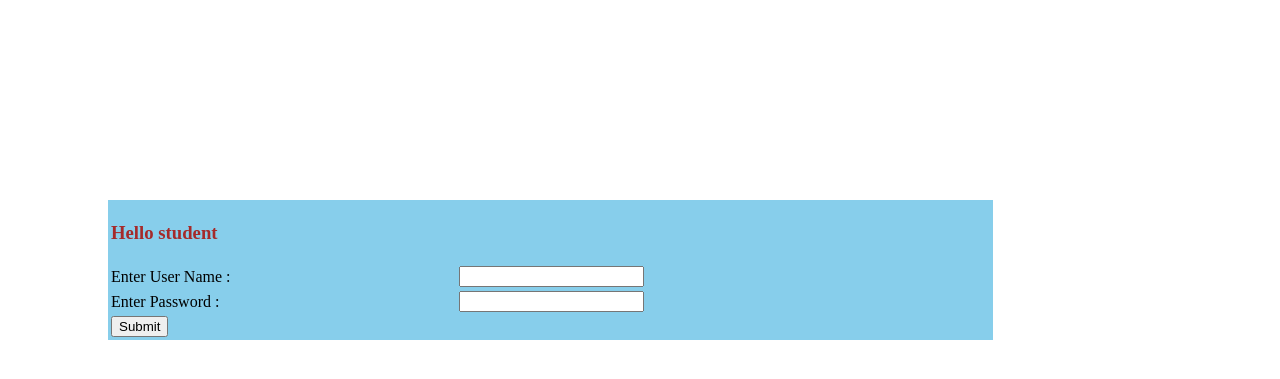
Repository: shulamitProjects/Java
Page: http://localhost/ProjectLibary/LoginStudent.jsp
The author's editor kept a copy of each file at every save. The page is drawn from the files as they stood at one save, then again after the next save.
The browser window is 1280 px wide. The pictures show the whole page.
The page is served by Tomcat 10.

Above is the page before, as saved 2024-01-25 12:57:05.

After the next save:
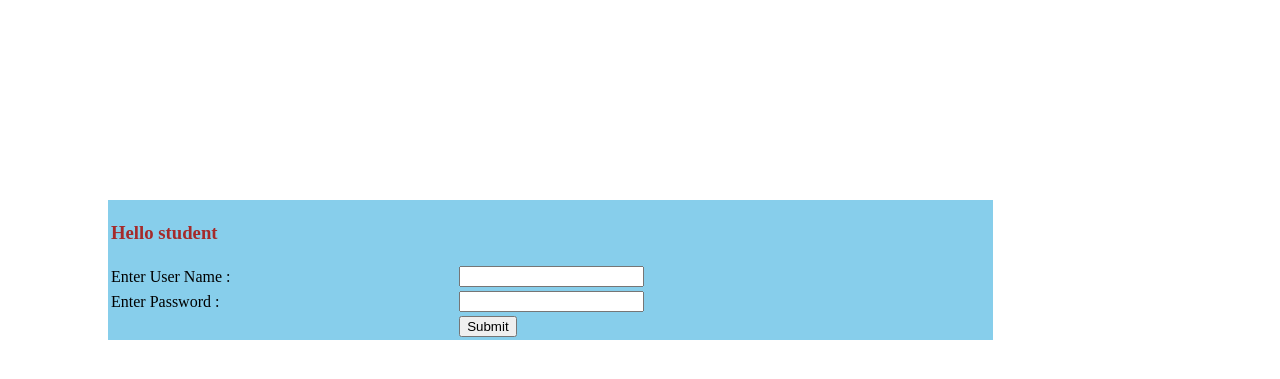
Saved 2 min 20 s later.
--- a/project/project_25-01/ProjectLibary/src/main/webapp/LoginStudent.jsp
+++ b/project/project_25-01/ProjectLibary/src/main/webapp/LoginStudent.jsp
@@ -8,6 +8,7 @@
 <title>registration page</title>
 </head>
 <body>
+<%String type=""; %>
 	<form method="get" action="registration/controller/StudentServlet">
 		<table
 			style="width: 70%; background-color: skyblue; margin-top: 200px; margin-left: 100px; margin-right: 200px;">
@@ -26,6 +27,7 @@
 				<td><input type="password" name="password"></td>
 			</tr>
 			<tr>
+			<td><input type="hidden" name=type value="student" /></td>
 				<td><input type="submit"  value="Submit"></td>
 			</tr>
 		</table>
